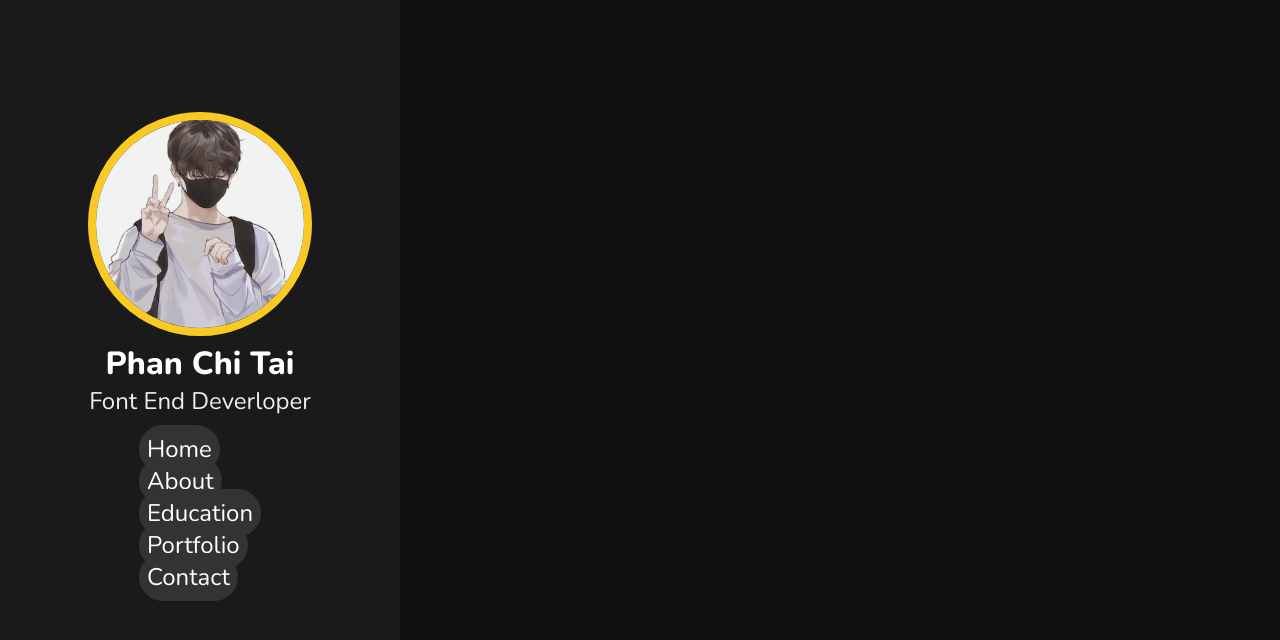
Repository: PCTai/My-profile
Page: index.html
An editor plug-in stored every save of this project. The page is shown before and after the next save, followed by the edit.
The browser window is 1280 px wide. The pictures show the whole page.

Above is the page before, as saved 2021-11-25 18:10:47.

### index.html
<!DOCTYPE html>
<html lang="en">
<head>
    <meta charset="UTF-8">
    <meta http-equiv="X-UA-Compatible" content="IE=edge">
    <meta name="viewport" content="width=device-width, initial-scale=1.0">
    <link rel="preconnect" href="https://fonts.googleapis.com">
    <link rel="preconnect" href="https://fonts.gstatic.com" crossorigin>
    <link href="https://fonts.googleapis.com/css2?family=Nunito:ital,wght@0,400;0,600;0,800;1,200;1,300&display=swap" rel="stylesheet">
    <link rel="stylesheet" href="/assets/css/style.css">
    <title>Document</title>
</head>
<body>
    <!-- Header start -->
    <header>
        <div class="user">
            <img src="/assets/imgs/user.jpg" alt="">
            <h3 class="name">Phan Chi Tai</h3>
            <div class="post">Font End Deverloper</div>
        </div>
        <div class="navbar">
            <ul>
                <li><a href="#home">home</a></li>
                <li><a href="#about">About</a></li>
                <li><a href="#education">Education</a></li>
                <li><a href="#portfolio">Portfolio</a></li>
                <li><a href="#contact">Contact</a></li>
            </ul>
        </div>
    </header>
    <!-- Header end -->


</body>
</html>

### assets/css/style.css
:root{
    --yellow: #f9ca24;
}
*{
    font-family: 'Nunito', sans-serif;
    margin: 0;padding: 0;
    box-sizing: border-box;
    text-decoration: none;
    outline: none;border: none;
    text-transform: capitalize;
    transition: all .2s linear;
}
html{
    font-size: 62,5%;
    overflow: hidden;
}
::selection{
    background-color: var(--yellow);
    color: #333;

}
html::-webkit-scrollbar{
    width: 1.4rem;
}
html::-webkit-scrollbar-track{
    background: #222;
}
html::-webkit-scrollbar-thumb{
    background: var(--yellow);
}
body{
    background: #111;
}
header{
    position: fixed;
    top: 0;
    left: 0;
    z-index: 1000;
    height: 100%;
    display: flex;
    flex-direction: column;
    justify-content: center;
    align-items: center;
    width: 25rem;
    background-color: #1a1a1a;
}
.user img{
    height: 14rem;
    width: 14rem;
    border-radius: 50%;
    object-fit: cover;
    border: 0.5rem solid var(--yellow);

}
header .user .name{
    text-align: center;
    font-size: 2rem;
    color: #fff;
}
header .user .post{
    text-align: center;
    font-size: 1.5rem;
    color: #eee;
}
header .navbar ul{
    list-style: none;
    padding: 1rem 3rem;
}
header .navbar ul li a{
   padding: 0.5rem;
   margin-bottom: 1rem;

   background-color: #333;
   color: #fff;
   font-size: 1.5rem;
   border-radius: 5rem;
}

After the next save:
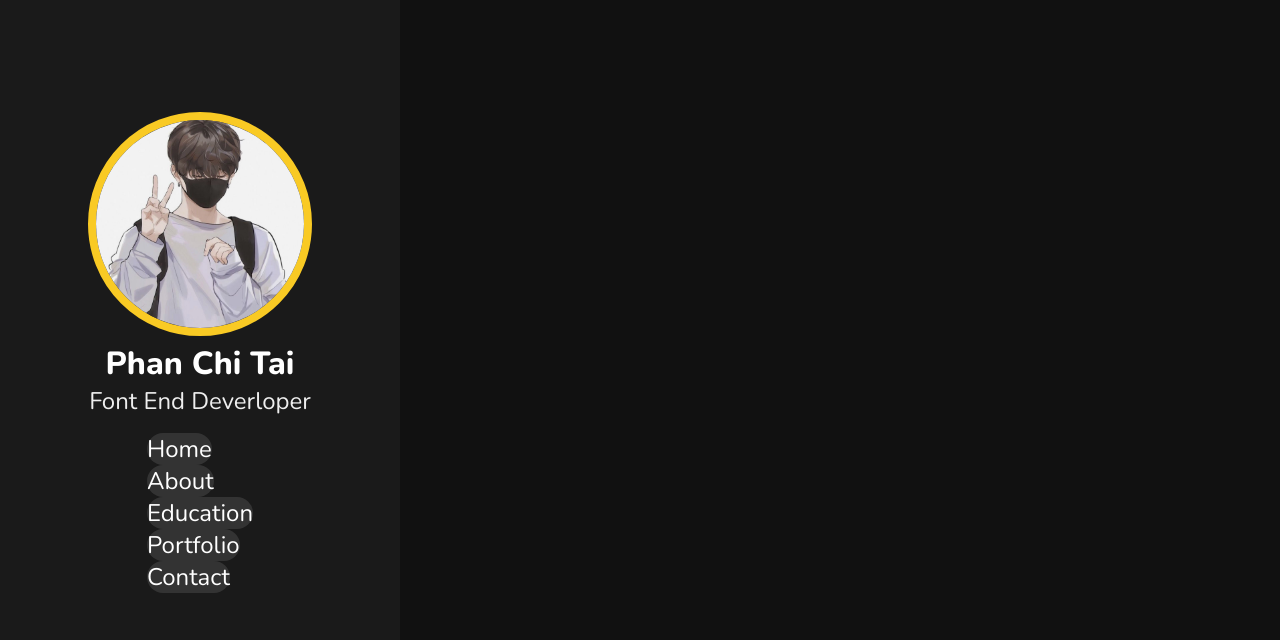
Saved 41 s later.
--- a/assets/css/style.css
+++ b/assets/css/style.css
@@ -67,8 +67,6 @@ header .navbar ul{
     padding: 1rem 3rem;
 }
 header .navbar ul li a{
-   padding: 0.5rem;
-   margin-bottom: 1rem;
 
    background-color: #333;
    color: #fff;
